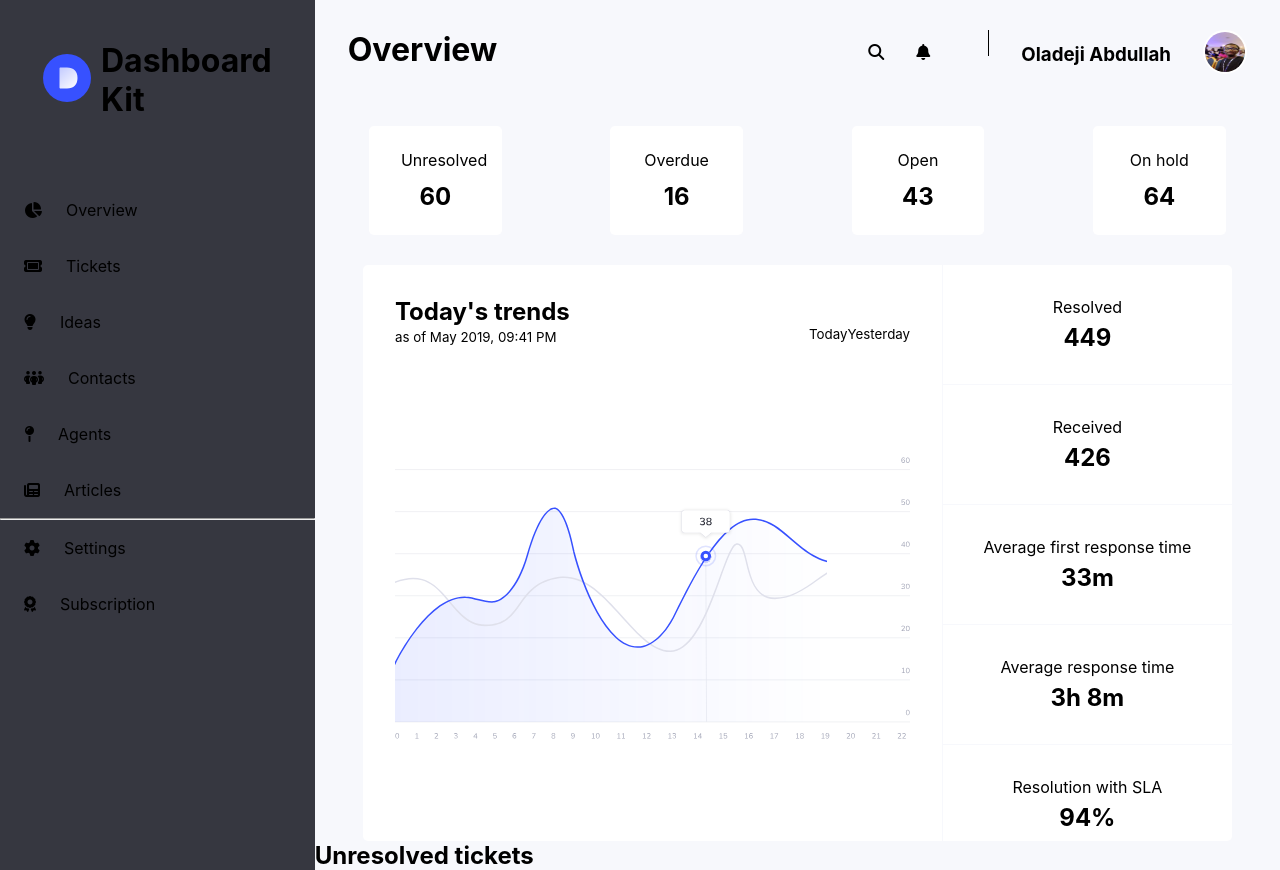
Repository: BuduCE/dashboard
Page: /
These files come from the project's save history. The page is drawn as it stood at one moment and after the next save; the edit follows.
The browser window is 1280 px wide. The pictures show the whole page.
Some web libraries are served in a nearby version. The project was rebuilt for these pictures with package versions that can differ from the ones it lists, and the page was loaded fresh each time.

Above is the page before, as saved 2022-08-04 07:48:11.

### public/index.html
<!DOCTYPE html>
<html lang="en">
  <head>
    <meta charset="utf-8" />
    <link rel="icon" href="%PUBLIC_URL%/favicon.ico" />
    <meta name="viewport" content="width=device-width, initial-scale=1" />
    <meta name="theme-color" content="#000000" />
    <meta
      name="description"
      content="Web site created using create-react-app"
    />
    <link rel="apple-touch-icon" href="%PUBLIC_URL%/logo192.png" />
    <!--
      manifest.json provides metadata used when your web app is installed on a
      user's mobile device or desktop. See https://developers.google.com/web/fundamentals/web-app-manifest/
    -->
    <link rel="manifest" href="%PUBLIC_URL%/manifest.json" />
    <!--
      Notice the use of %PUBLIC_URL% in the tags above.
      It will be replaced with the URL of the `public` folder during the build.
      Only files inside the `public` folder can be referenced from the HTML.

      Unlike "/favicon.ico" or "favicon.ico", "%PUBLIC_URL%/favicon.ico" will
      work correctly both with client-side routing and a non-root public URL.
      Learn how to configure a non-root public URL by running `npm run build`.
    -->

    <!-- Font-Awesome  -->
    <link
      rel="stylesheet" href="https://cdnjs.cloudflare.com/ajax/libs/font-awesome/6.1.1/css/all.min.css" integrity="sha512-KfkfwYDsLkIlwQp6LFnl8zNdLGxu9YAA1QvwINks4PhcElQSvqcyVLLD9aMhXd13uQjoXtEKNosOWaZqXgel0g==" crossorigin="anonymous" referrerpolicy="no-referrer"
    />
    <title>Admin Dashboard</title>
  </head>
  <body>
    <noscript>You need to enable JavaScript to run this app.</noscript>
    <div id="root"></div>
    <!--
      This HTML file is a template.
      If you open it directly in the browser, you will see an empty page.

      You can add webfonts, meta tags, or analytics to this file.
      The build step will place the bundled scripts into the <body> tag.

      To begin the development, run `npm start` or `yarn start`.
      To create a production bundle, use `npm run build` or `yarn build`.
    -->
  </body>
</html>

### src/index.css
* {
  margin: 0;
  padding: 0;
  box-sizing: border-box;
}
body {
  margin: 0;
  font-family: -apple-system, BlinkMacSystemFont, 'Segoe UI', 'Roboto', 'Oxygen',
    'Ubuntu', 'Cantarell', 'Fira Sans', 'Droid Sans', 'Helvetica Neue',
    sans-serif;
  -webkit-font-smoothing: antialiased;
  -moz-osx-font-smoothing: grayscale;
  background: rgba(54, 55, 64, 1);
}

code {
  font-family: source-code-pro, Menlo, Monaco, Consolas, 'Courier New',
    monospace;
}

### src/App.js
import './App.css';
// import Overview from './pages/Overview';
// import Header from './components/common/Header';
import Sidenav from './components/common/SideNav';
// import Login from './pages/Login';

function App() {
  return (
    <div className="App">
      <Sidenav />
    </div>
  );
}

export default App;

### src/components/common/SideNav/index.jsx
import React from 'react'
import Overview from '../../../pages/Overview'
import Header from '../Header'
import Logo from '../Logo'
import './styles.css'

const Sidenav = () => {
  return (
    <div className='dashboard'>
        <div className="navbar">
            <div className="logo">
                <Logo />
                <h1>Dashboard Kit</h1>
            </div>
            <div className="heading">
                <i className='fas fa-chart-pie'></i>
                <p>Overview</p>
            </div>
            <div className="heading">
                <i className='fas fa-ticket'></i>
                <p>Tickets</p>
            </div>
            <div className="heading">
                <i className='fas fa-lightbulb'></i>
                <p>Ideas</p>
            </div>
            <div className="heading">
                <i className='fas fa-people-group'></i>
                <p>Contacts</p>
            </div>
            <div className="heading">
                <i className='fas fa-map-pin'></i>
                <p>Agents</p>
            </div>
            <div className="heading">
                <i className='fas fa-newspaper'></i>
                <p>Articles</p>
            </div>
            <hr />
            <div className="heading">
                <i className='fas fa-gear'></i>
                <p>Settings</p>
            </div>
            <div className="heading">
                <i className='fas fa-award'></i>
                <p>Subscription</p>
            </div>

        </div>
        <div className="info">
            <Header />
            <Overview />
        </div>
    </div>
  )
}

export default Sidenav

### src/pages/Overview/index.jsx
import React from 'react'
import './styles.css'
import TrendMap from './graph.svg'

const Overview = () => {
  return (
    <div className='overview_pg'>
        {/* Specific status */}
        <div className="overview_stat">
            <div className="overview_info">
                <p>Unresolved</p>
                <h2>60</h2>
            </div>
            <div className="overview_info">
                <p>Overdue</p>
                <h2>16</h2>
            </div>
            <div className="overview_info">
                <p>Open</p>
                <h2>43</h2>
            </div>
            <div className="overview_info">
                <p>On hold</p>
                <h2>64</h2>
            </div>
        </div>

        {/* Today's trend */}
        <div className="trends">
            <div className="trends_head">
                <div className="trends_headT">
                    <div className="trend_title">
                        <h2>Today's trends</h2>
                    </div>
                    <div className="trend_title_stat">
                        <div className="trend_date">
                            <small>as of May 2019, 09:41 PM</small>
                        </div>
                        <div className="trend_day">
                            <small>Today</small>
                            <small>Yesterday</small>
                        </div>
                    </div>
                </div>

                <div className="trends_headB">
                    <img src={TrendMap} alt="Trend Chart" />
                </div>
            </div>

            <div className="trends_summary">
                <div className="summary_type">
                    <p>Resolved</p>
                    <h2>449</h2>
                </div>
                <div className="summary_type">
                    <p>Received</p>
                    <h2>426</h2>
                </div>
                <div className="summary_type">
                    <p>Average first response time</p>
                    <h2>33m</h2>
                </div>
                <div className="summary_type">
                    <p>Average response time</p>
                    <h2>3h 8m</h2>
                </div>
                <div className="summary_type">
                    <p>Resolution with SLA</p>
                    <h2>94%</h2>
                </div>
            </div>
        </div>

        <div className="ticket_n_task">
            <div className="ticket">
                <div className="ticket_head">
                    <div className="ticket_title">
                        <h2>Unresolved tickets</h2>
                        <a href=""></a>
                    </div>
                </div>
            </div>
            <div className="task"></div>
        </div>
    </div>
  )
}

export default Overview

### src/components/common/Header/index.jsx
import React from 'react'
import './styles.css'
import budu from './budu.jpg'

const Header = () => {
  return (
    <div className='head_er'>
        <div className="headerL">
            <h1>Overview</h1>
        </div>
        <div className="headerR">
            <i className='fas fa-magnifying-glass icon'></i>
            <i className='fas fa-bell icon bell'></i>
            <h3>Oladeji Abdullah</h3>
            <img src={budu} alt="" />
        </div>
    </div>
  )
}

export default Header

### src/components/common/Logo/index.jsx
import React from 'react'
import companyLogo from './logo.svg'

const Logo = () => {
  return (
    <div>
        <img src={companyLogo} alt="" />
    </div>
  )
}

export default Logo

### src/components/common/SideNav/styles.css
.dashboard{
    display: grid;
    grid-template-columns: 1fr 4fr;
}
.navbar{
    padding: 41px 0;
}
.logo{
    display: flex;
    padding: 43px 43px;
    padding-bottom: 63px;
    padding-top: 0;
    align-items: center;
}
.logo h1{
    margin-left: 10px;
}
.heading{
    width: 100%;
    display: flex;
    padding: 18px 24px;
    align-items: center;
}
.heading p{
    margin-left: 24px;
}
.heading:hover{
    border-left: 1px solid #fff;
    color: #fff;
}
.info{
    background: #F7F8FC;
    /* height: 100vh; */
}

### src/pages/Overview/styles.css
.overview_pg{
    margin-top: 54px;
}
.overview_stat{
    display: grid;
    grid-template-columns: 1fr 1fr 1fr 1fr;
    /* justify-content: space-evenly; */
    width: 100%;
}
.overview_info{
    display: flex;
    flex-direction: column;
    text-align: center;
    /* border: 1px solid; */
    border-radius: 5px;
    padding: 24px 32px;
    background: #fff;
    box-shadow: 15px;
    width: 55%;
    margin: auto;
}
.overview_info p{
    padding-bottom: 12px;
}

/* trend  */
.trends{
    width: 90%;
    background: #fff;
    margin: auto;
    border-radius: 5px;
    height: 80vh;
    margin-top: 30px;
    display: grid;
    grid-template-columns: 2fr 1fr;
    margin-top: 30px;
}
.trends_head{
    padding: 32px;
}
.trend_title_stat{
    display: flex;
    justify-content: space-between;
}
.trend_day{
    display: flex;
    justify-content: space-evenly;
}
.trends_headB img{
    width: 100%;
    margin-top: 54px;
    height: 55vh;
}

/* summary  */
.trends_summary{
    display: grid;
    grid-template-rows: 1fr 1fr 1fr 1fr 1fr;
}
.summary_type{
    padding: 32px;
    border-left: 1px solid #F7F8FC;
    border-bottom: 1px solid #F7F8FC;
    text-align: center;
}
.summary_type p{
    margin-bottom: 6px;
}

### src/components/common/Header/styles.css
.head_er{
    display: flex;
    justify-content: space-between;
    width: 100%;
    height: 10vh;
    padding: 30px 33px;
}
.headerR{
    display: flex;
    justify-content: space-between;
    /* align-items: center; */
}
.icon{
    width: 16px;
    height: 16px;
    padding: 14px 24px;
}
.bell{
    padding-right: 72px;
}
.headerR h3{
    padding: 13px 32px;
    border-left: 1px solid #000;
}
.headerR img{
    width: 44px;
    height: 44px;
    border-radius: 50%;
    border: 2px solid #fff;
}

Loaded but not shown: src/index.js (common file); src/reportWebVitals.js (common file); src/App.css (common file)

After the next save:
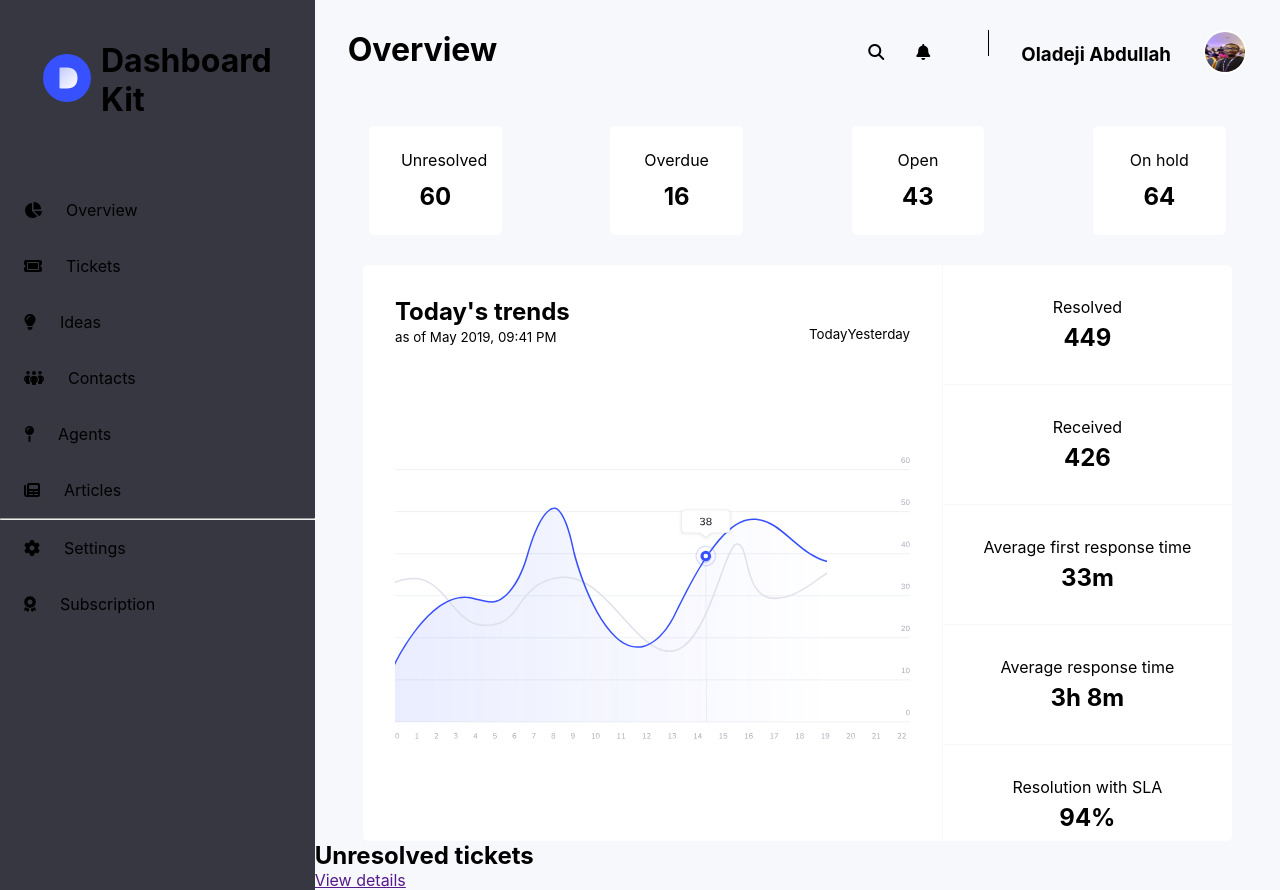
Saved 5 s later.
--- a/src/pages/Overview/index.jsx
+++ b/src/pages/Overview/index.jsx
@@ -77,7 +77,7 @@ const Overview = () => {
                 <div className="ticket_head">
                     <div className="ticket_title">
                         <h2>Unresolved tickets</h2>
-                        <a href=""></a>
+                        <a href="">View details</a>
                     </div>
                 </div>
             </div>
